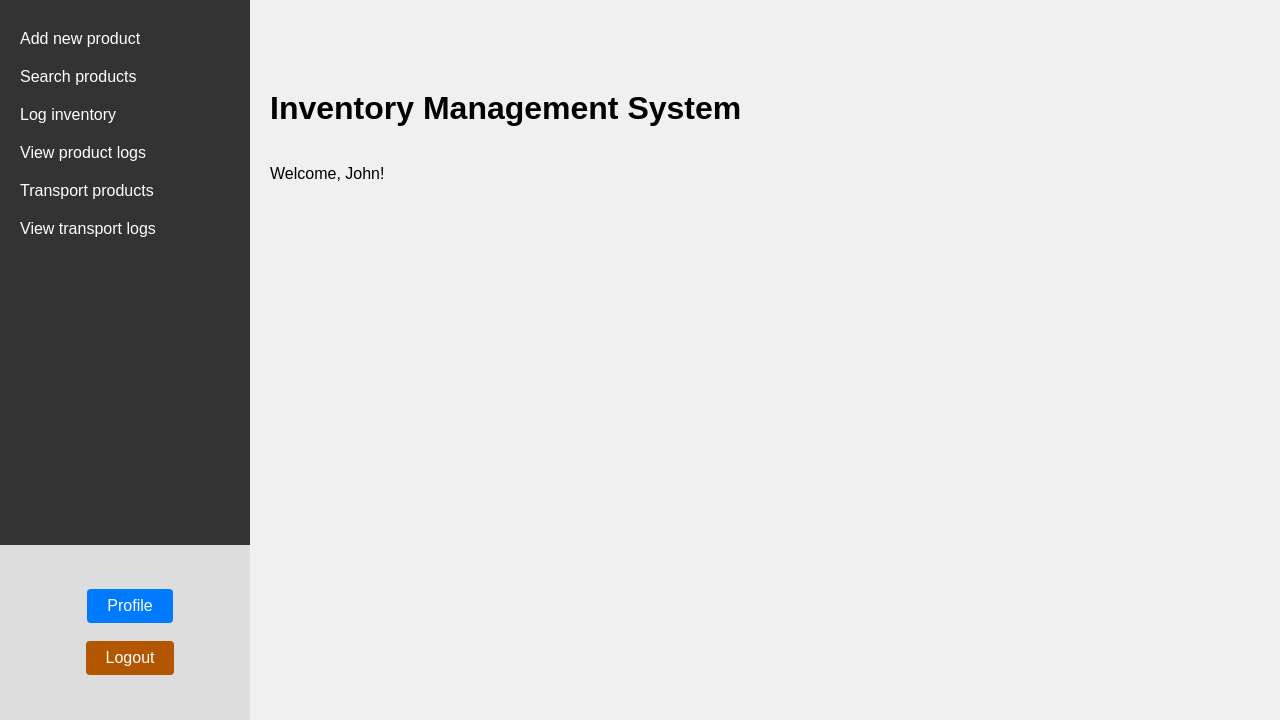
Repository: Warspinix/Flask-Web-Applications
Page: http://localhost/dashboard
An editor plug-in stored every save of this project. The page is shown before and after the next save, followed by the edit.
The browser window is 1280 px wide. The pictures show the whole page.
The pointer rests on the first visible `.profile-logout a.btn-danger`.
The page is served by the project's application, run on Flask 3 (app.py). The session is filled in as if someone had signed in: {"user_id": 1, "first_name": "John"}.

Above is the page before, as saved 2024-06-13 22:37:10.

After the next save:
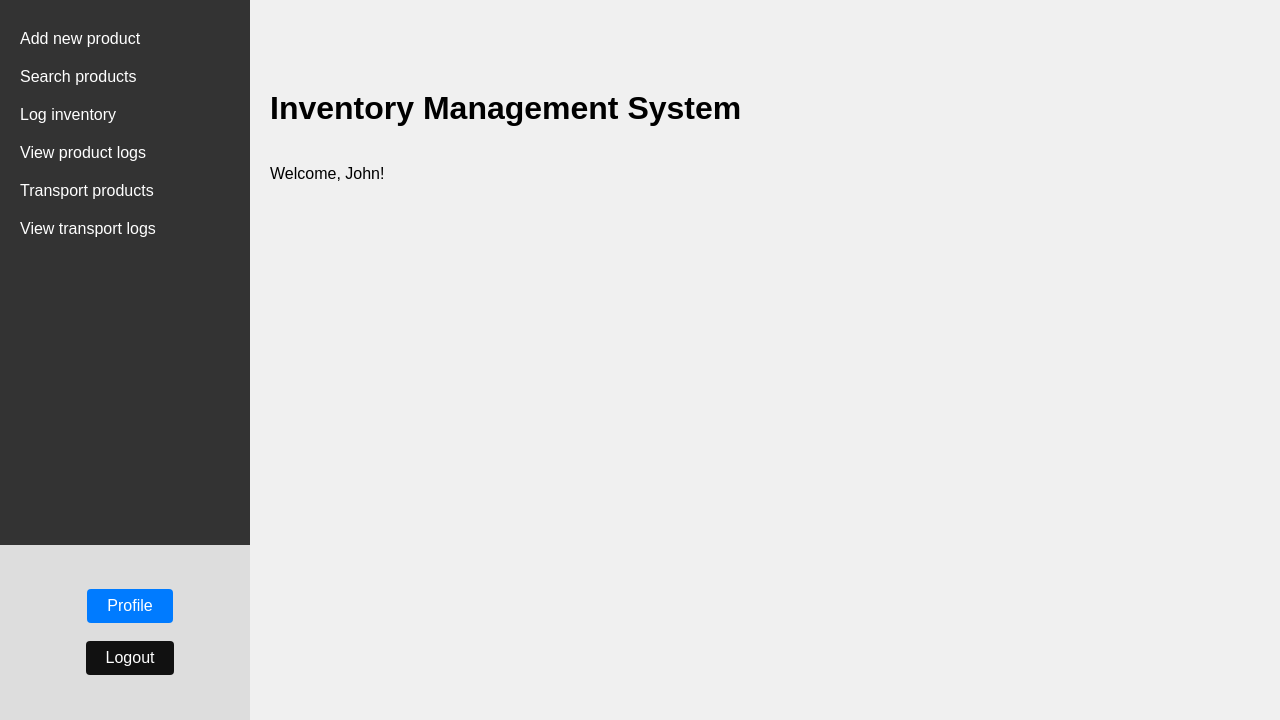
Saved 20 s later.
--- a/static/style.css
+++ b/static/style.css
@@ -115,7 +115,7 @@ h1 {
 }
 
 .profile-logout a.btn-danger:hover {
-    background-color: #b35600;
+    background-color: #111;
 }
 
 
